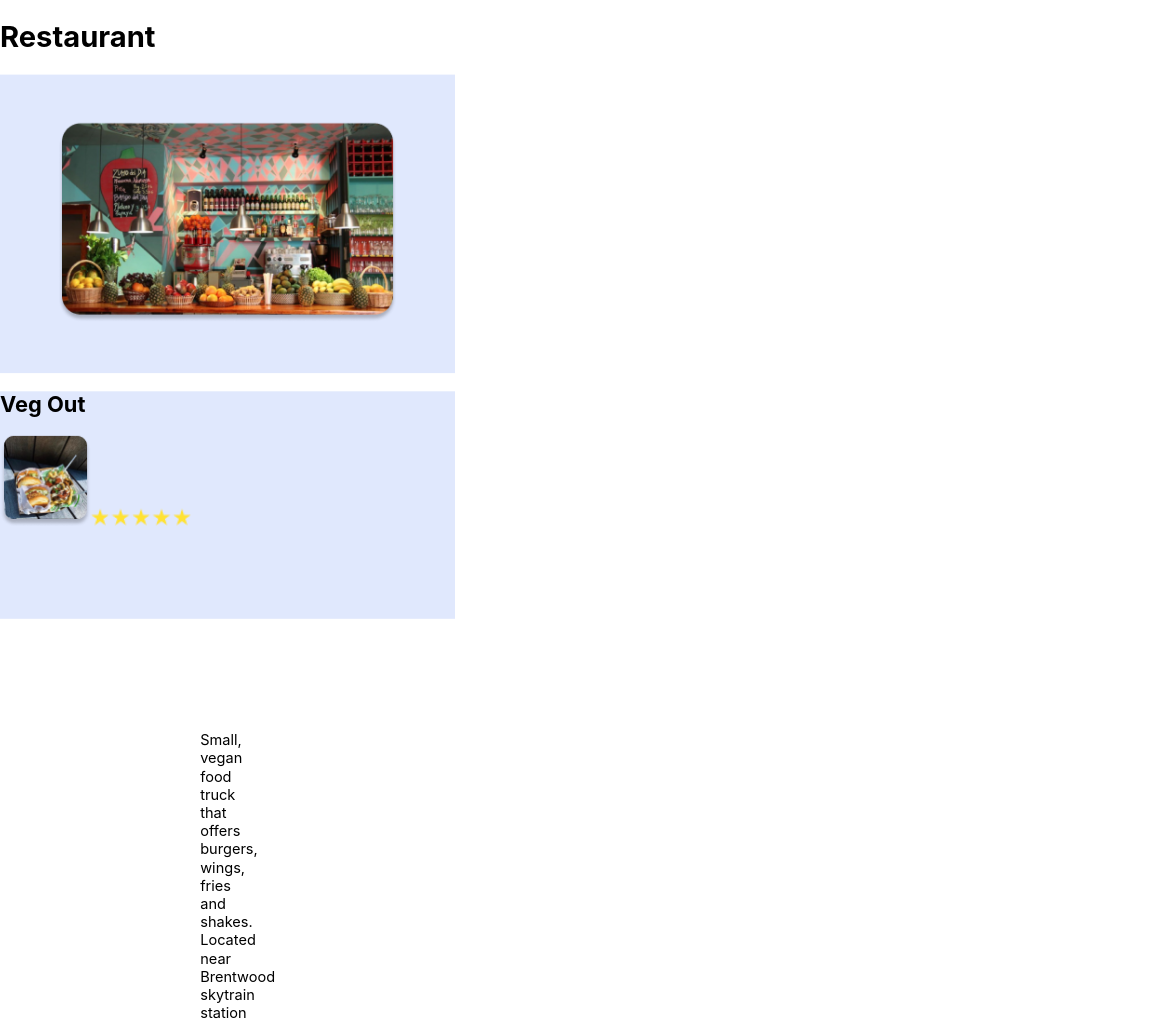
Repository: Kinakopan/design_mindfulEating_site
Page: /restaurant (app in firstapp/)
An editor plug-in stored every save of this project. The page is shown before and after the next save, followed by the edit.
The browser window is 1280 px wide. The pictures show the whole page, at 91% of full size.
The project was rebuilt for these pictures with package versions that can differ from the ones it lists, and the page was loaded fresh each time. The framework's server and built-in components were replaced by stand-ins that run in the browser. Also part of the build but not shown: firstapp/next.config.js.

Above is the page before, as saved 2022-04-20 16:51:03.

After the next save:
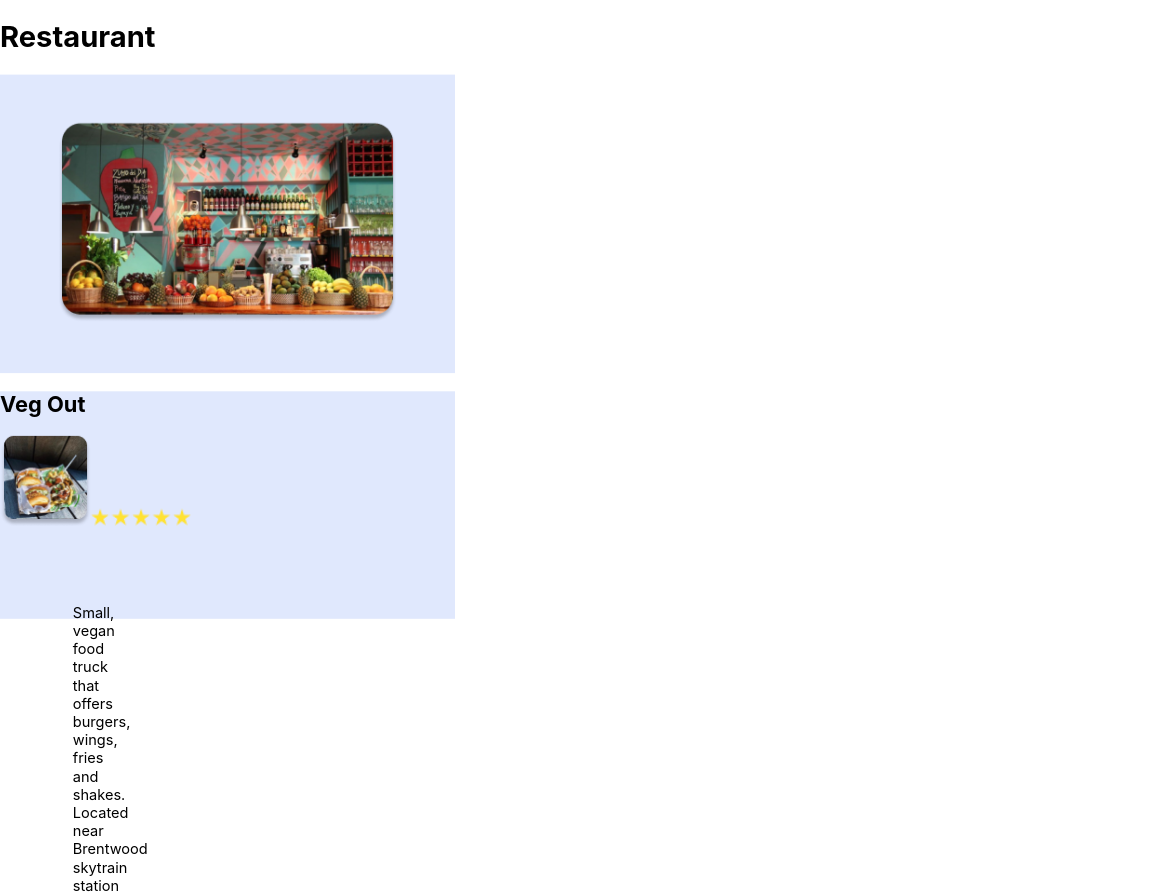
Saved 6 s later.
--- a/firstapp/comps/RestaurantCard.js
+++ b/firstapp/comps/RestaurantCard.js
@@ -22,7 +22,7 @@ const Text = styled.p`
 font-size: 16px;
 text-align: left;
 width:50px;
-margin: 220px;
+margin: 80px;
 
 
 `
